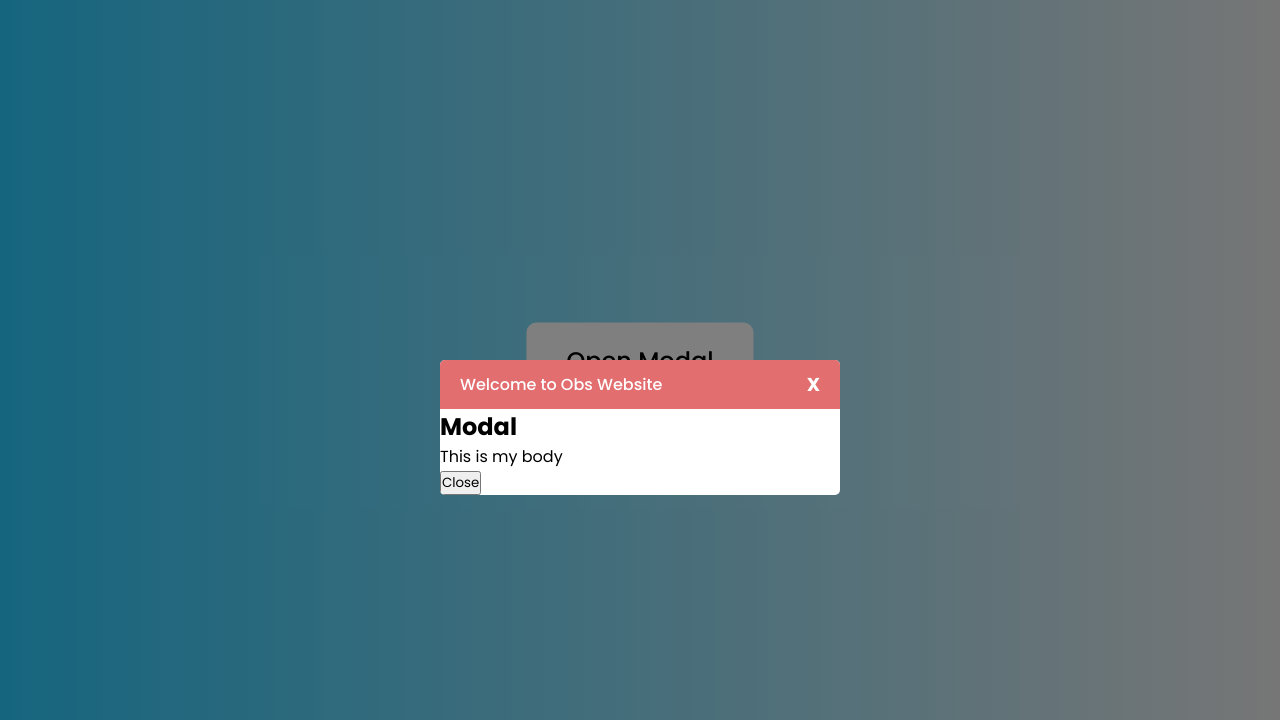
Repository: lausamtuong/Modal_card
Page: index.html
The author's editor kept a copy of each file at every save. The page is drawn from the files as they stood at one save, then again after a run of saves.
The browser window is 1280 px wide. The pictures show the whole page.
The style sheet was rebuilt from its Sass, Less or Tailwind sources for each picture, by a compiler version that may differ from the author's.

Above is the page before, as saved 2021-12-15 06:56:55.

### index.html
<!DOCTYPE html>
<html lang="en">
<head>
    <meta charset="UTF-8">
    <meta http-equiv="X-UA-Compatible" content="IE=edge">
    <meta name="viewport" content="width=device-width, initial-scale=1.0">
    <link rel="stylesheet" href="style.css">
    <link href="https://fonts.googleapis.com/css2?family=Poppins:wght@400;500;700&display=swap" rel="stylesheet">
    <title>Document</title>
</head>
<body>
    <button class="open__btn">Open Modal</button>
    <div class="modal">
        <div class="modal__inner">
            <div class="modal__header">
                <p>Welcome to Obs Website</p>
                <h3>X</h3>
            </div>
            <div class="modal__body">
                <h2>Modal</h2>
                <p>This is my body</p>
            </div>
            <div class="modal__footer">
                <button class="modal__close-btn">Close</button>
            </div>
        </div>
    </div>
</body>
</html>

### style.scss
*{
    margin: 0;
    padding: 0;
    box-sizing: border-box;
    font-family: 'Poppins', sans-serif;
}
:root{
    --primary-color:#e26e70;
}
body{
    height: 100vh;
    background:  linear-gradient( to right,#2cccff ,#eee );;
}
.open__btn{
     position: relative;;
   top:50%;
   left:50%;
   transform: translate(-50%,-50%);
   outline: none;
   border: none;
   padding : 20px 40px;
   font-weight: 500;
   font-size: 1.5rem;
   border-radius: 10px;
   background-color:#fff;
   &:hover{
      opacity: 0.7;
       cursor: pointer;
       transition: 0.5s;
   }
}
.modal{
    background-color: rgba(0,0,0,0.5);
    position:fixed;
    top:0;
    height: 100vh;
    width:100vw;
    &__inner{
        position:relative;
        width:400px;
        top:50%;
        margin : auto;
        background-color: #fff;
        border-radius: 5px;
        overflow:hidden;
    }
    &__header{
        display: flex;
        justify-content: space-between;
        align-items: center;
        background-color:var(--primary-color);
        padding:10px 20px;
        font-weight: 500;
        font-size: 1rem;
        color:#fff;
    }
    &__body{

    }
}

After the next 5 saves:
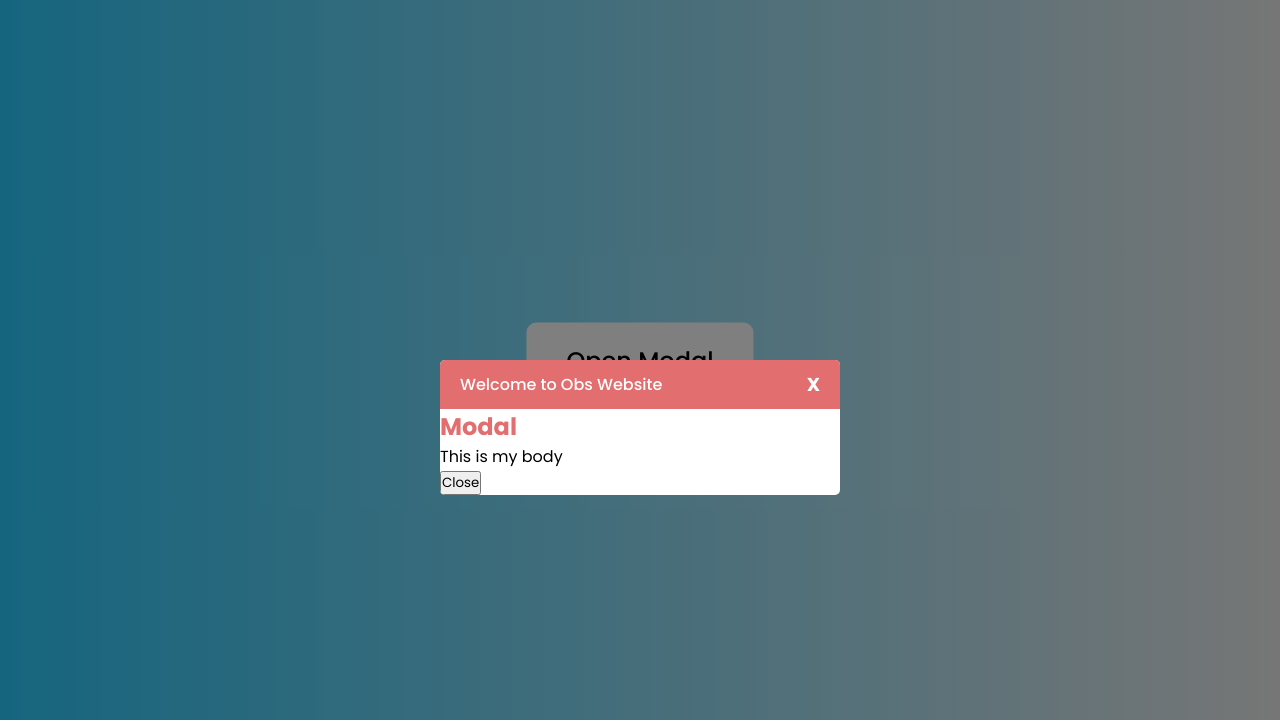
The 5 saves are shown as one change because they came seconds apart.
The last was saved 13 s later.
--- a/style.scss
+++ b/style.scss
@@ -55,6 +55,8 @@ body{
         color:#fff;
     }
     &__body{
-
+        h2{
+            color:var(--primary-color)
+        }
     }
 }
